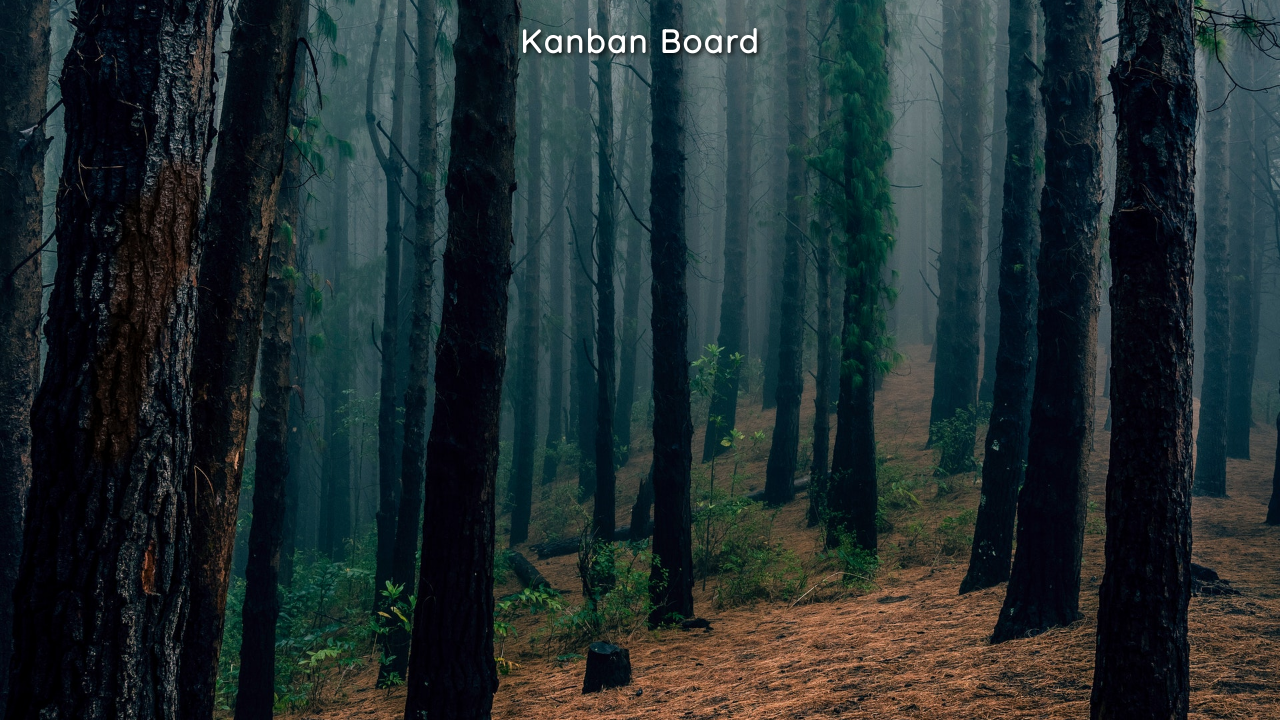
Repository: Anasooya2601/drag-and-drop
Page: index.html
The author's editor kept a copy of each file at every save. The page is drawn from the files as they stood at one save, then again after the next save.
The browser window is 1280 px wide. The pictures show the whole page.

Above is the page before, as saved 2021-02-05 01:11:51.

After the next save:
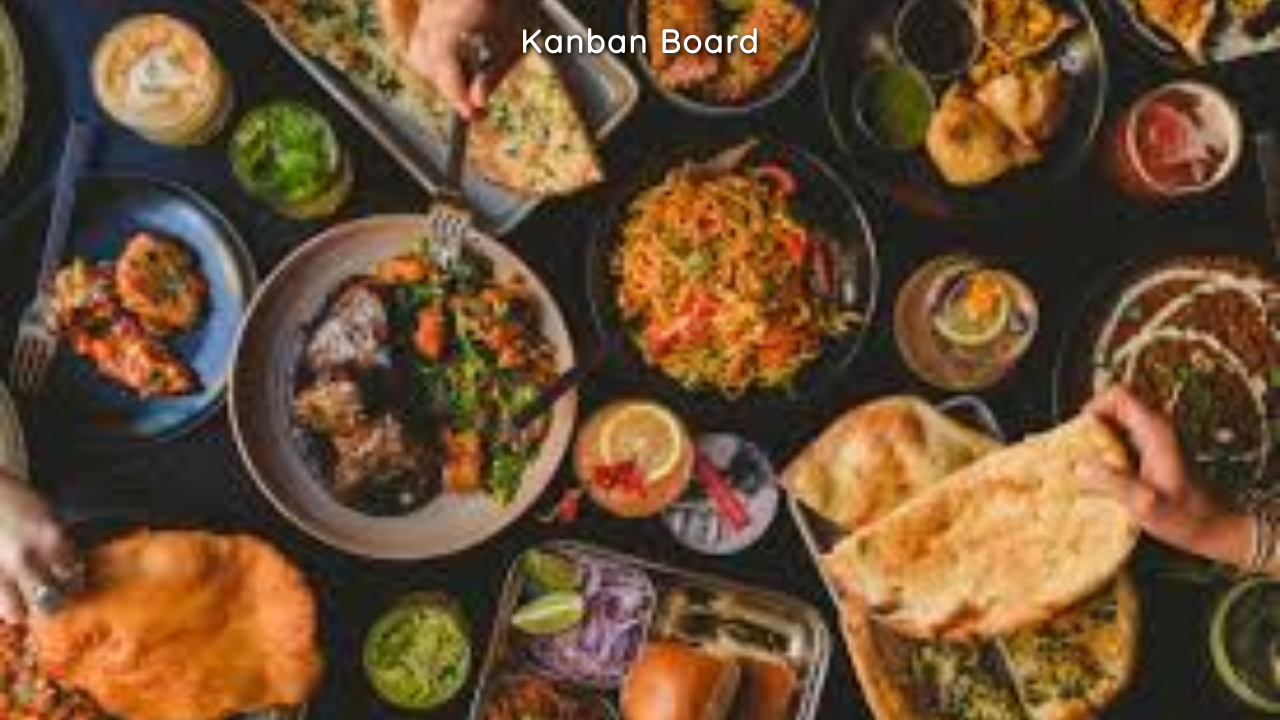
Saved 3 min 6 s later.
--- a/style.css
+++ b/style.css
@@ -14,7 +14,7 @@ html {
 
 body {
   margin: 0;
-  background: url("./trees.jpg");
+  background: url("./food.jpg");
   background-size: cover;
   background-position: 50% 60%;
   background-attachment: fixed;
